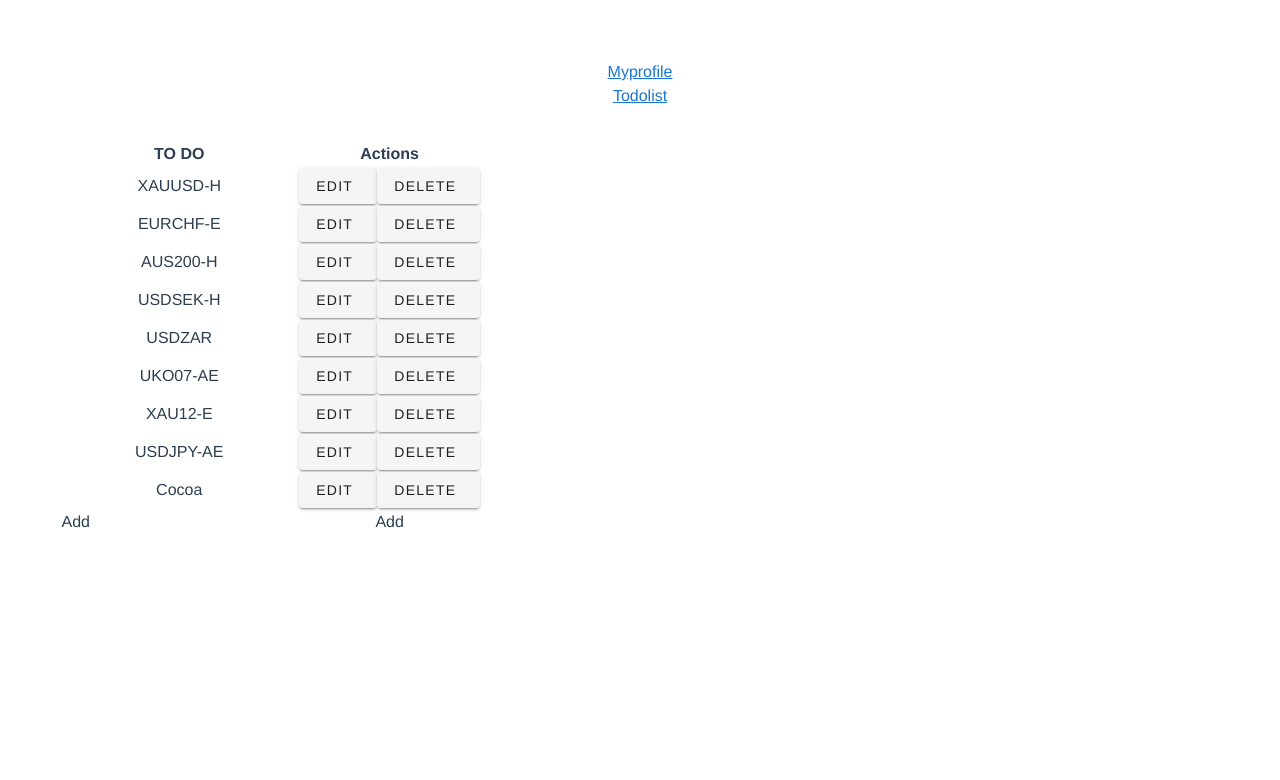
Repository: Shanshan67/todolist
Page: /#/todolist
These files come from the project's save history. The page is drawn as it stood at one moment and after the next save; the edit follows.
The browser window is 1280 px wide. The pictures show the whole page.
The project was rebuilt for these pictures with package versions that can differ from the ones it lists, and the page was loaded fresh each time. Requests to the local data server were answered from the project's data file. Also part of the build but not shown: src/pages/Dashboard.vue, src/components/Search.vue, src/components/List.vue, src/pages/Myprofile.vue.

Above is the page before, as saved 2022-07-20 19:02:18.

### index.html
<!DOCTYPE html>
<html>
  <head>
    <meta charset="utf-8">
    <meta name="viewport" content="width=device-width,initial-scale=1.0">
    <link href="https://fonts.googleapis.com/css?family=Roboto:100,300,400,500,700,900" rel="stylesheet">
    <link href="https://cdn.jsdelivr.net/npm/@mdi/font@6.x/css/materialdesignicons.min.css" rel="stylesheet">
    <title>baoge</title>
  </head>
  <body>
    <div id="app"></div>
    <!-- built files will be auto injected -->
  </body>
</html>

### src/main.js
// The Vue build version to load with the `import` command
// (runtime-only or standalone) has been set in webpack.base.conf with an alias.
import Vue from 'vue'
import App from './App'
import router from './router'
import store from './store'
import './plugins/vuetify'
import vuetify from '@/plugins/vuetify'

Vue.config.productionTip = false

/* eslint-disable no-new */
new Vue({
  el: '#app',
  router,
  store,
  vuetify,
  components: { App },
  template: '<App/>'
})

### src/App.vue
<template>
  <v-app>
    <div>
      <HelloWorld/>
    </div>
    <div>
      <router-link to="/profile">Myprofile</router-link>
      <v-spacer></v-spacer>
      <router-link to="/todolist">Todolist</router-link>
    </div>
    <v-content>
      <router-view/>
    </v-content>
  </v-app>
</template>

<script>
import Dashboard from './pages/Dashboard.vue';
export default {
    name: "App",
    components: { Dashboard }
}
</script>

<style>
#app {
  font-family: 'Avenir', Helvetica, Arial, sans-serif;
  -webkit-font-smoothing: antialiased;
  -moz-osx-font-smoothing: grayscale;
  text-align: center;
  color: #2c3e50;
  margin-top: 60px;
}
</style>

### src/router/index.js
import Vue from 'vue'
import Router from 'vue-router'
import Dashboard from '@/pages/Dashboard'
import Myprofile from '../pages/Myprofile'
import Todolist from '../pages/Todolist'

Vue.use(Router)

export default new Router({
  routes: [
    {
      path: '/',
      name: 'Dashboard',
      component: Dashboard
    },
    {
			path:'/profile',
			component:Myprofile
		},
		{
			path:'/todolist',
			component:Todolist
		}
  ]
})

### src/store/index.js
import Vue from 'vue'
import Vuex from 'vuex'
import Axios from "axios"

Vue.use(Vuex)

const todoUrl = "http://localhost:3000/todos";

const actions = {
	searchName(context,value){
		Axios.get(`${todoUrl}/${value}`).then(response => {
            context.commit('searchName', response.data);
			console.log(response.data)
        });
	}
}


const mutations = {
	searchName(state,data){
		state.users = data
	}
}

const state = {
	users:[]
}

export default new Vuex.Store({
	state,
	actions,
	mutations
})

### src/plugins/vuetify.js
// src/plugins/vuetify.js

import Vue from 'vue'
import Vuetify from 'vuetify'
import 'vuetify/dist/vuetify.min.css'

Vue.use(Vuetify, {
    iconfont: 'md',
    theme:{
        primary: '#962ff',
        success: '#3cd1c2',
        info: '#ffaa2c',
        error: '#f83e70',
    }
})

const opts = {}

export default new Vuetify(opts)

### src/pages/Todolist.vue
<template>
	<div class="container">
		<div class="row">
			<div class="col-12">
				<table class="table table-bordered mt-5">
					<thead>
						<tr>
							<th>TO DO</th>
							<th>Actions</th>
						</tr>
					</thead>
					<tbody>
						<tr v-for="(item, i) in todoList" :key="i">
							<td class="align-middle w-75">
								{{item.name}}
							</td>
							<td class="align-middle text-center w-75">
								<v-btn flat>
									<span class="mr-2" @click="handleEdit(item.id)">Edit</span>
								</v-btn>
								<v-btn flat>
									<span class="mr-2" @click="handleDelete(item.id)">Delete</span>
								</v-btn>
							</td>
						</tr>
					</tbody>
					<tfoot>
						<td class="align-middle text-center w-75">
							<div class="form-group">
								<label for="">{{
									editMode ? "Edit" : "Add"
								}}</label>
								<input
									type="text"
									class="form-control"
									v-model="todoItem.name"
								/>
							</div>
						</td>
						<td class="align-middle text-center w-25">
							<button
								class="btn btn-primary btn-sm mx-1"
								@click="handleToDoItem"
							>
								{{ editMode ? "Edit" : "Add" }}
							</button>
							<button
								v-if="editMode"
								class="btn btn-danger btn-sm mx-1"
								@click="handleCancel"
							>
								Cancel
							</button>
						</td>
					</tfoot>
				</table>
			</div>
		</div>
	</div>
</template>

<script>
	import Axios from "axios";
	const todoUrl = "http://localhost:3000/todos";
	export default {
		name:'Todolist',
		data() {
			return {
				todoList:[],
				todoItem:{},
				editMode:false
			}
		},
		methods: {
			handleEdit(id){
				this.editMode=true;
				this.todoItem=this.todoList.find((item) => item.id == id);
			},
			handleCancel() {
				this.editMode=false;
				this.todoItem="";
			},
			async handleToDoItem(){
				const id=this.todoItem.id;
				if(this.editMode){
					await Axios.put(`${todoUrl}/${id}`, this.todoItem);
					this.editMode=false;
					this.todoItem.name="";
				}else{
					await Axios.post(todoUrl, this.todoItem);
					this.todoItem.name = "";
				}
				Axios.get(todoUrl).then((response) => (this.todoList = response.data));
			},
			async handleDelete(id) {
				await Axios.delete(`${todoUrl}/${id}`);
				Axios.get(todoUrl).then((response) => (this.todoList = response.data));
			}
		},
		created() {
			Axios.get(todoUrl).then((response) => (this.todoList = response.data));
		}
	}
</script>

### db.json
{
  "todos": [
    {
      "id": 2,
      "server_id": 3,
      "name": "XAUUSD-H",
      "description": "Gold vs USD",
      "currency": "USD",
      "type": 4,
      "digits": 2,
      "trade": 0,
      "swap_long": -1.83625,
      "swap_short": 1.82325,
      "contract_size": 100
    },
    {
      "id": 3,
      "server_id": 3,
      "name": "EURCHF-E",
      "description": "Euro vs Swiss Franc",
      "currency": "EUR",
      "type": 6,
      "digits": 5,
      "trade": 0,
      "swap_long": 0.027,
      "swap_short": -0.825,
      "contract_size": 100000
    },
    {
      "id": 4,
      "server_id": 3,
      "name": "AUS200-H",
      "description": "S&P/ASX200",
      "currency": "AUD",
      "type": 4,
      "digits": 2,
      "trade": 0,
      "swap_long": 0.68,
      "swap_short": -1.06,
      "contract_size": 1
    },
    {
      "id": 5,
      "server_id": 3,
      "name": "USDSEK-H",
      "description": "US Dollar vs Swedish Krona",
      "currency": "USD",
      "type": 4,
      "digits": 5,
      "trade": 0,
      "swap_long": 0.256,
      "swap_short": -1.44,
      "contract_size": 100000
    },
    {
      "id": 6,
      "server_id": 3,
      "name": "USDZAR",
      "description": "US Dollar vs South African Rand",
      "currency": "USD",
      "type": 0,
      "digits": 5,
      "trade": 2,
      "swap_long": -23.004,
      "swap_short": 5.88,
      "contract_size": 100000
    },
    {
      "id": 8,
      "server_id": 3,
      "name": "UKO07-AE",
      "description": "Brent Crude Oil Cash Future 0124-0530",
      "currency": "USD",
      "type": 29,
      "digits": 3,
      "trade": 0,
      "swap_long": -8.604,
      "swap_short": 4.626,
      "contract_size": 1000
    },
    {
      "id": 9,
      "server_id": 3,
      "name": "XAU12-E",
      "description": "Gold Future",
      "currency": "USD",
      "type": 4,
      "digits": 2,
      "trade": 0,
      "swap_long": -11.088,
      "swap_short": 0.792,
      "contract_size": 100
    },
    {
      "id": 10,
      "server_id": 3,
      "name": "USDJPY-AE",
      "description": "US Dollar vs Japanese Yen",
      "currency": "USD",
      "type": 27,
      "digits": 3,
      "trade": 0,
      "swap_long": 1.35,
      "swap_short": -4.191,
      "contract_size": 100000
    },
    {
      "id": 11,
      "server_id": 3,
      "name": "Cocoa",
      "description": "US Cocoa",
      "currency": "USD",
      "type": 20,
      "digits": 1,
      "trade": 0,
      "swap_long": -12.3289,
      "swap_short": 7.3873,
      "contract_size": 10
    }
  ]
}

After the next save:
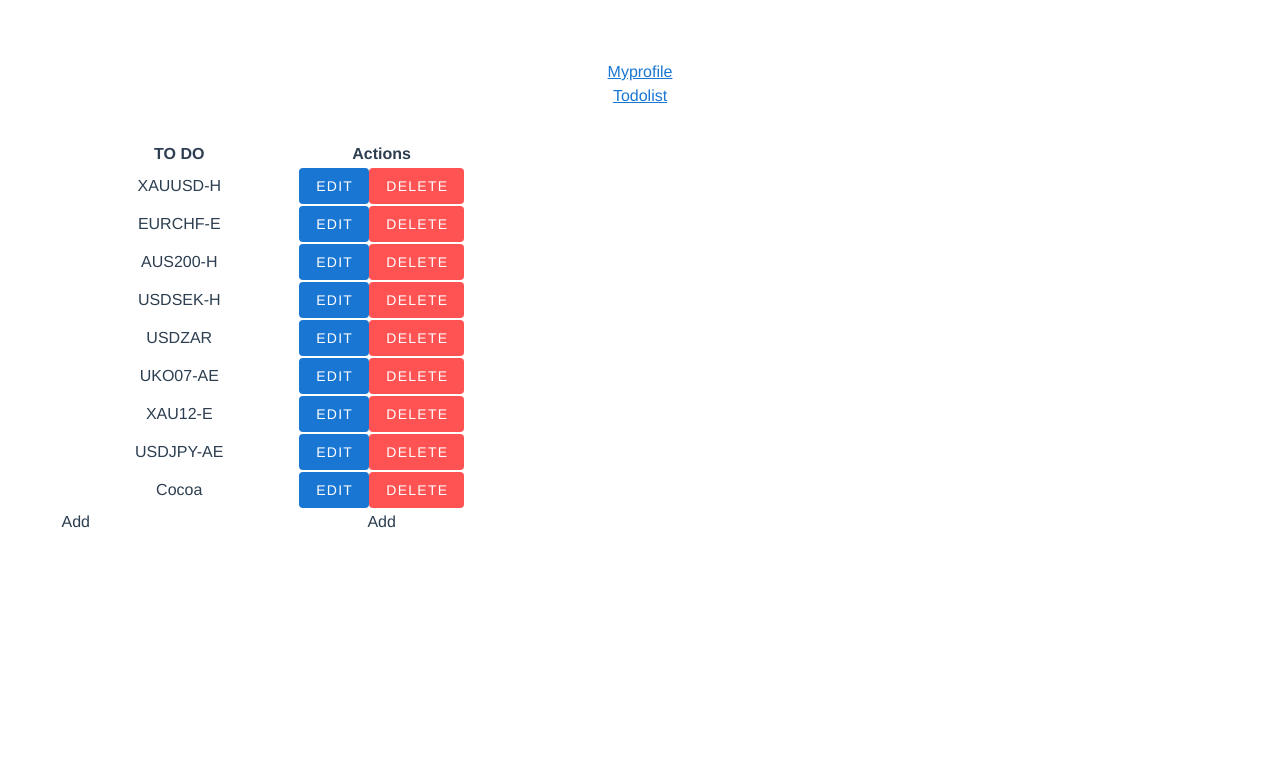
Saved 5 min 2 s later.
--- a/src/pages/Todolist.vue
+++ b/src/pages/Todolist.vue
@@ -15,12 +15,14 @@
 								{{item.name}}
 							</td>
 							<td class="align-middle text-center w-75">
-								<v-btn flat>
-									<span class="mr-2" @click="handleEdit(item.id)">Edit</span>
-								</v-btn>
-								<v-btn flat>
-									<span class="mr-2" @click="handleDelete(item.id)">Delete</span>
-								</v-btn>
+								<v-btn
+        							depressed
+        							color="primary"
+									@click="handleEdit(item.id)">Edit</v-btn>
+      		 					<v-btn
+        							depressed
+        							color="error"
+									@click="handleDelete(item.id)">Delete</v-btn>
 							</td>
 						</tr>
 					</tbody>
